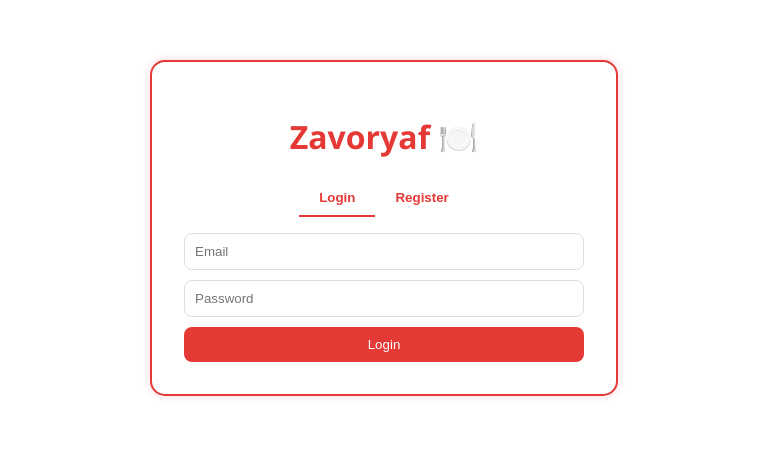
Repository: 1Siri7/chef
Page: index.html
An editor plug-in stored every save of this project. The page is shown before and after the next save, followed by the edit.
The browser window is 768 px wide. The pictures show the whole page.

Above is the page before, as saved 2025-08-01 19:37:03.

After the next save:
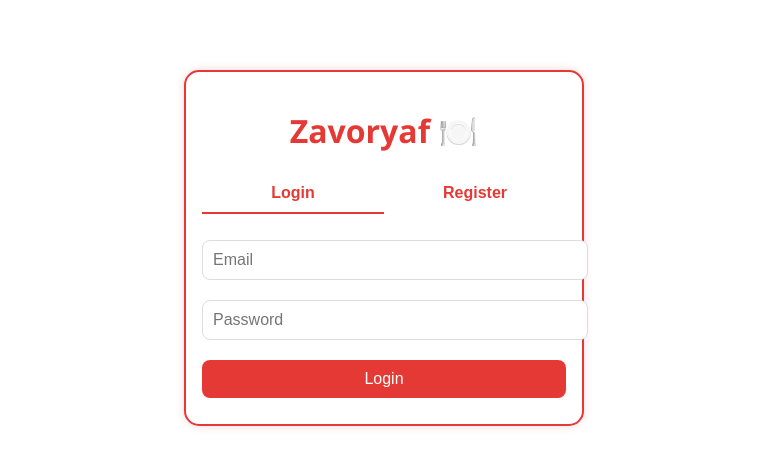
Saved 15 min 23 s later.
--- a/style.css
+++ b/style.css
@@ -175,3 +175,93 @@ header button:hover {
 .hidden {
   display: none;
 }
+/* ---------------- Mobile Styles: Red & White Theme ---------------- */
+@media (max-width: 768px) {
+  body {
+    padding: 10px;
+  }
+
+  header {
+    text-align: center;
+    padding: 1rem;
+  }
+
+  .auth-container,
+  .dashboard-container,
+  .menu-section,
+  .order-section {
+    width: 100%;
+    padding: 1rem;
+    box-sizing: border-box;
+  }
+
+  .dish-item {
+    flex-direction: column;
+    align-items: flex-start;
+    gap: 10px;
+    border-bottom: 1px solid #f5b5b5;
+    padding-bottom: 10px;
+  }
+
+  .dish-image {
+    width: 100%;
+    height: auto;
+    border-radius: 8px;
+  }
+
+  .dish-info-container,
+  .dish-actions {
+    width: 100%;
+  }
+
+  input,
+  select,
+  button {
+    width: 100% !important;
+    margin-bottom: 10px;
+    font-size: 1rem;
+  }
+
+  .edit-btn,
+  .delete-btn {
+    width: 48%;
+    display: inline-block;
+  }
+
+  .dish-actions {
+    display: flex;
+    justify-content: space-between;
+    gap: 5px;
+  }
+
+  .status {
+    font-size: 1rem;
+    padding: 6px 10px;
+    margin-bottom: 6px;
+    border-radius: 4px;
+    display: inline-block;
+  }
+
+  .status.pending {
+    background-color: #fdf3f3;
+    color: #c0392b;
+    border: 1px solid #e74c3c;
+  }
+
+  .status.preparing {
+    background-color: #fff4e6;
+    color: #d35400;
+    border: 1px solid #e67e22;
+  }
+
+  .status.completed {
+    background-color: #eafaf1;
+    color: #27ae60;
+    border: 1px solid #2ecc71;
+  }
+
+  .login-btn,
+  .register-btn {
+    width: 50%;
+  }
+}
